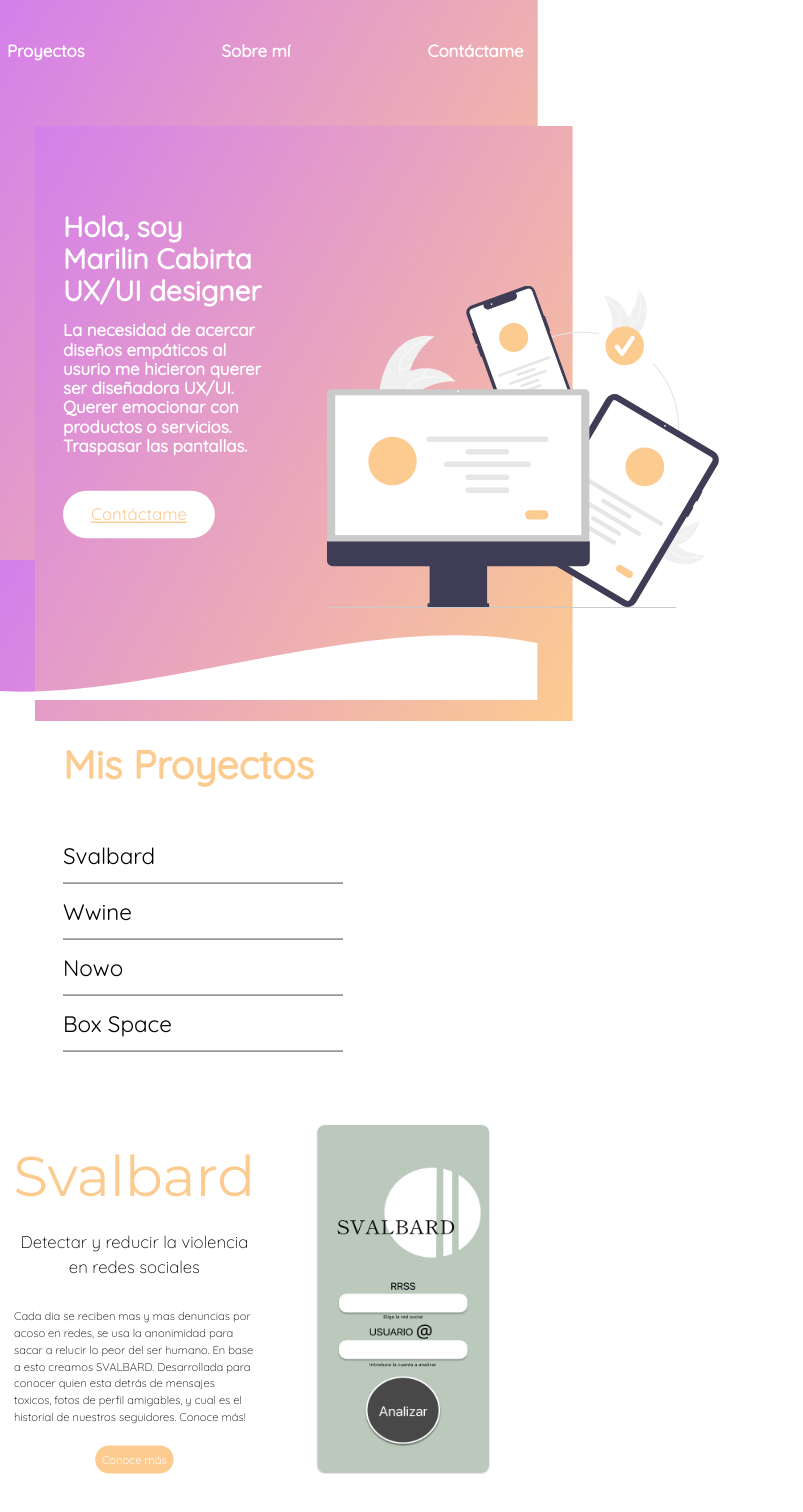
Repository: Marilyncabirta/portfolioHTML
Page: index.html
The author's editor kept a copy of each file at every save. The page is drawn from the files as they stood at one save, then again after the next save.
The browser window is 768 px wide. The page is 1147 px wide, so the pictures cover 1147 px, including what lies to the right of the window. The pictures show the part of the page from y = 0 to 2160 px (the page is 4465 px tall), at 70% of full size.
Backgrounds fixed to the window are drawn as part of the page. Some web libraries are served in a nearby version.

Above is the page before, as saved 2022-12-16 12:42:11.

After the next save:
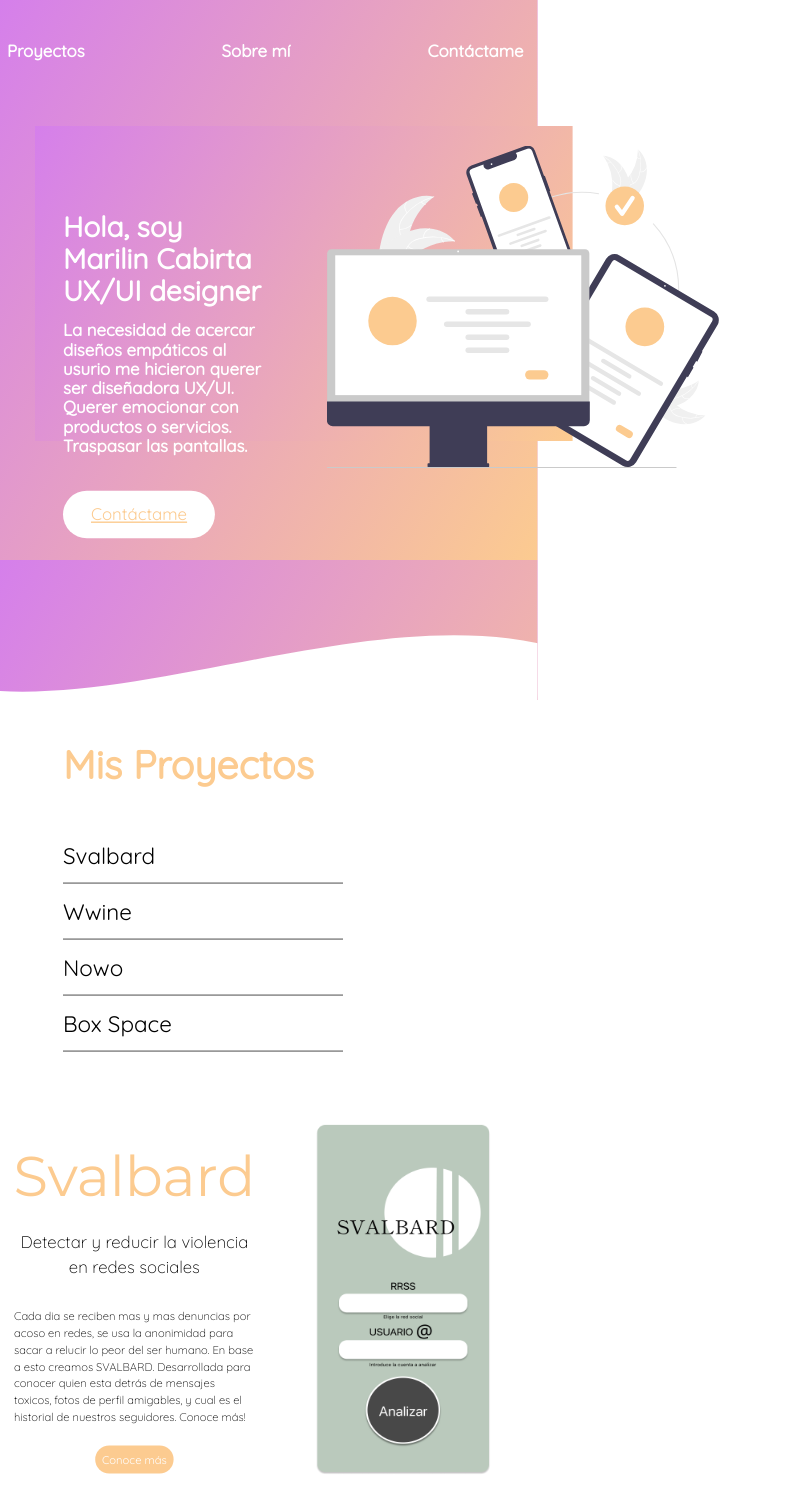
Saved 4 s later.
--- a/css/estilos.css
+++ b/css/estilos.css
@@ -374,7 +374,7 @@ text-decoration: underline;
 
         .hero__contenedor{
             width: 100%;
-            height: 800px;
+            height: 400px;
             background-image: var(--background);
             background-repeat: no-repeat;
             background-attachment: fixed;
